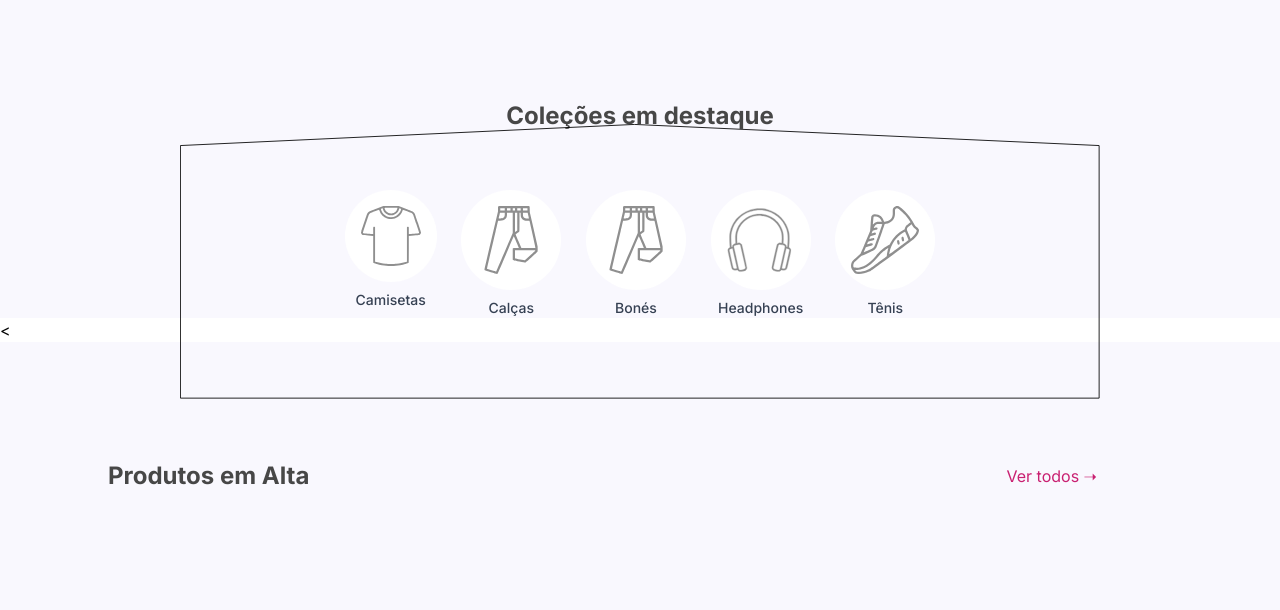
Repository: gimoli/loja-digital
Page: index.html
These files come from the project's save history. The page is drawn as it stood at one moment and after a run of saves; the edit follows.
The browser window is 1280 px wide. The pictures show the part of the page from y = 1294 to 1904 px (the page is 1904 px tall before and 1880 px after).

Above is the page before, as saved 2025-04-25 15:07:57.

After the next 2 saves:
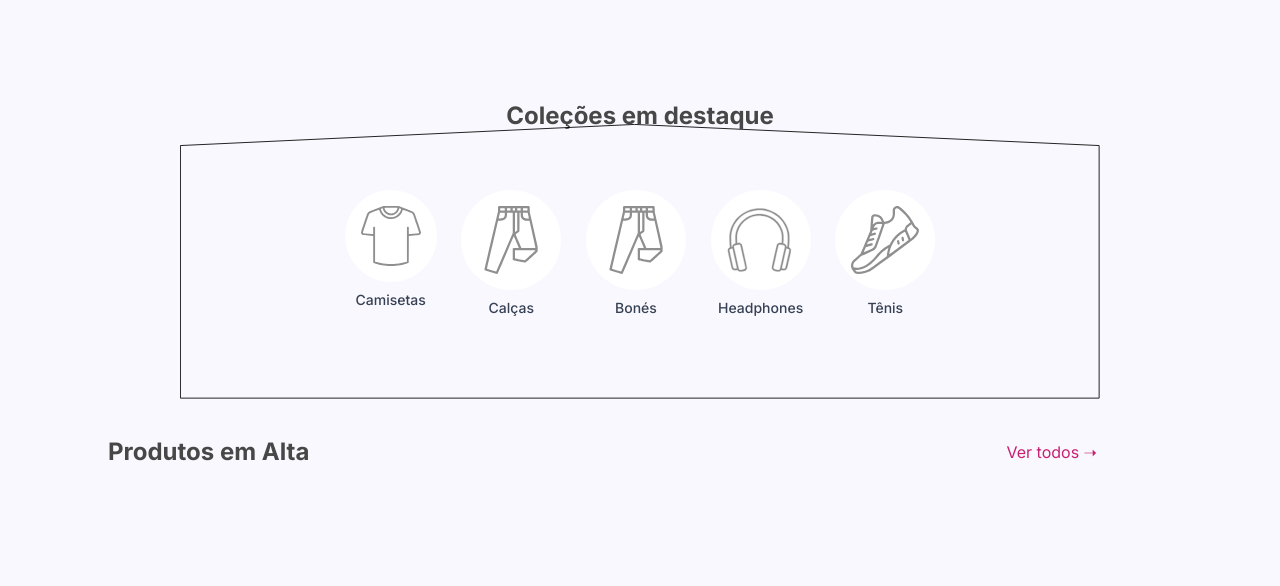
The 2 saves are shown as one change because they came seconds apart.
The last was saved 7 s later.
--- a/index.html
+++ b/index.html
@@ -172,8 +172,6 @@
             </div>
 
     </div>
-
-    <
     <section class="flex flex-col gap-15 px-[108px] py-[42px] bg-(--sec-color)">
         <div class="flex flex-col gap-10">
             <div class="flex justify-between items-center">
